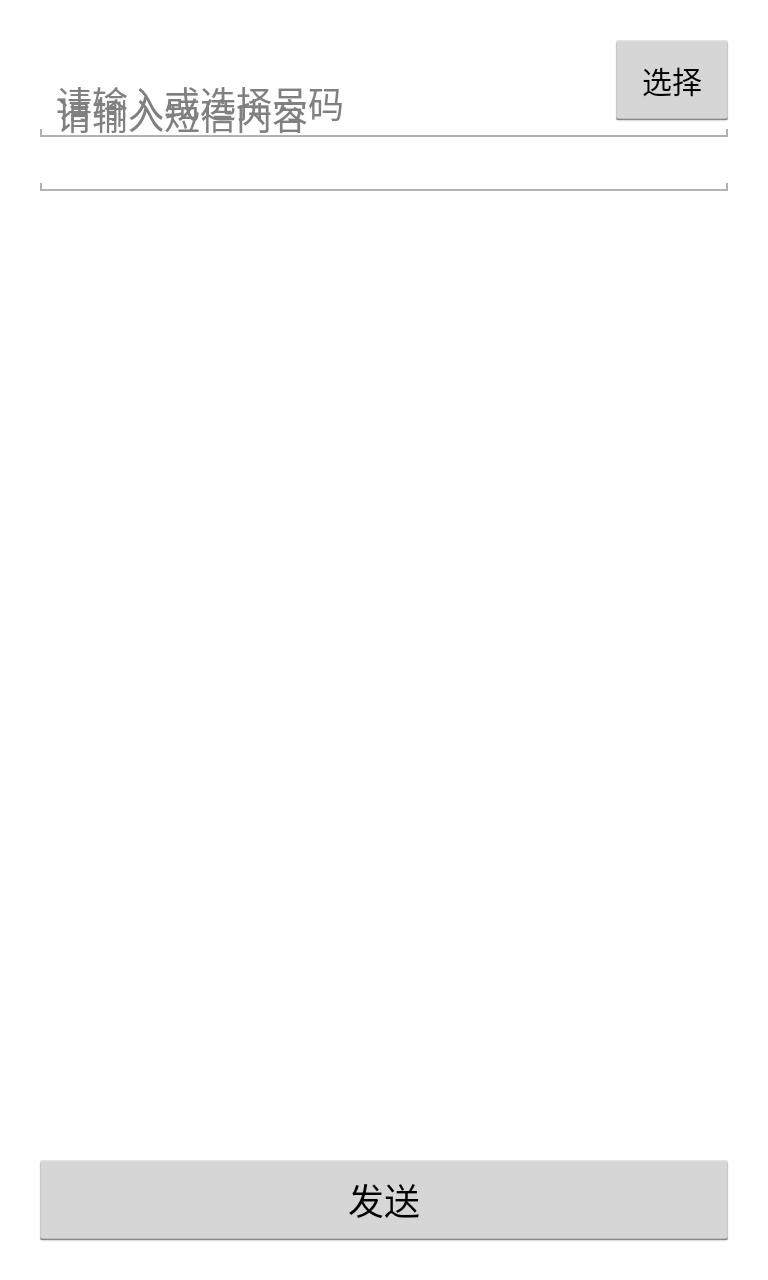
Repository: DongHuaLu/android
Layout: 26SmsSernder/res/layout/activity_main.xml
The author's editor kept a copy of each file at every save. The layout is drawn from the files as they stood at one save, then again after the next save.
It is drawn on a 768 x 1280 px phone screen (xhdpi) without system bars, with theme AppTheme; the app's code is not run.

Above is the layout before, as saved 2013-08-29 02:56:50.

### 26SmsSernder/res/layout/activity_main.xml
<RelativeLayout xmlns:android="http://schemas.android.com/apk/res/android"
    xmlns:tools="http://schemas.android.com/tools"
    android:layout_width="match_parent"
    android:layout_height="match_parent"
    android:orientation="vertical"
    android:paddingBottom="@dimen/activity_vertical_margin"
    android:paddingLeft="@dimen/activity_horizontal_margin"
    android:paddingRight="@dimen/activity_horizontal_margin"
    android:paddingTop="@dimen/activity_vertical_margin"
    tools:context=".MainActivity" >

    <RelativeLayout
        android:layout_width="fill_parent"
        android:layout_height="wrap_content" >

        <EditText
            android:id="@+id/et1"
            android:layout_width="fill_parent"
            android:layout_height="wrap_content"
            android:layout_marginTop="15dp"
            android:hint="请输入或选择号码" />

        <Button
            android:layout_width="wrap_content"
            android:layout_height="wrap_content"
            android:layout_alignParentRight="true"
            android:text="选择"
            android:textSize="15sp" >
        </Button>
    </RelativeLayout>

    <EditText
        android:layout_width="fill_parent"
        android:layout_height="wrap_content"
        android:hint="请输入短信内容"
        android:minLines="3" >
    </EditText>

    <Button
        android:layout_width="fill_parent"
        android:layout_height="wrap_content"
        android:layout_alignParentBottom="true"
        android:text="发送" />

</RelativeLayout>

Loaded but not shown: 26SmsSernder/res/values/styles.xml (common file); 26SmsSernder/res/values-v11/styles.xml (common file); 26SmsSernder/res/values-v14/styles.xml (common file); 26SmsSernder/res/values/dimens.xml (common file)

After the next save:
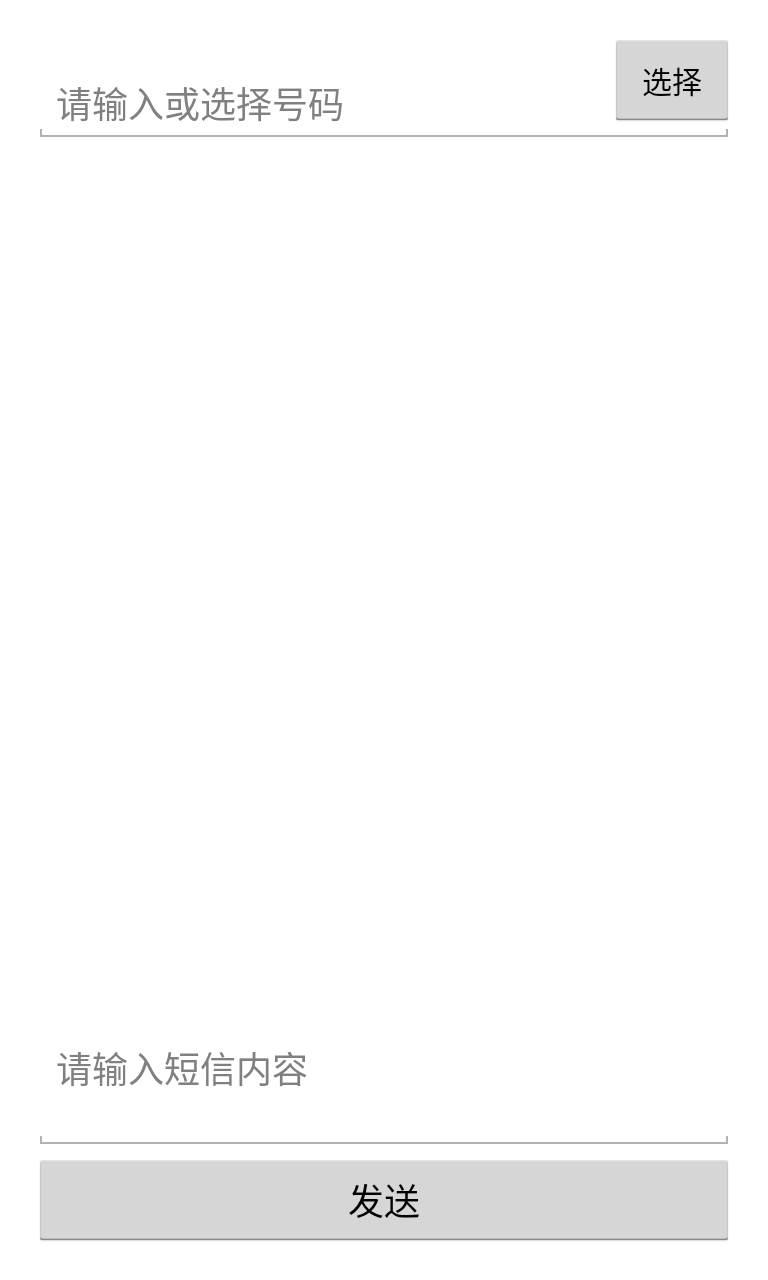
Saved 27 s later.
--- a/26SmsSernder/res/layout/activity_main.xml
+++ b/26SmsSernder/res/layout/activity_main.xml
@@ -30,6 +30,7 @@
     </RelativeLayout>
 
     <EditText
+        android:layout_above="@id/btn"
         android:layout_width="fill_parent"
         android:layout_height="wrap_content"
         android:hint="请输入短信内容"
@@ -37,6 +38,7 @@
     </EditText>
 
     <Button
+        android:id="@+id/btn"
         android:layout_width="fill_parent"
         android:layout_height="wrap_content"
         android:layout_alignParentBottom="true"
